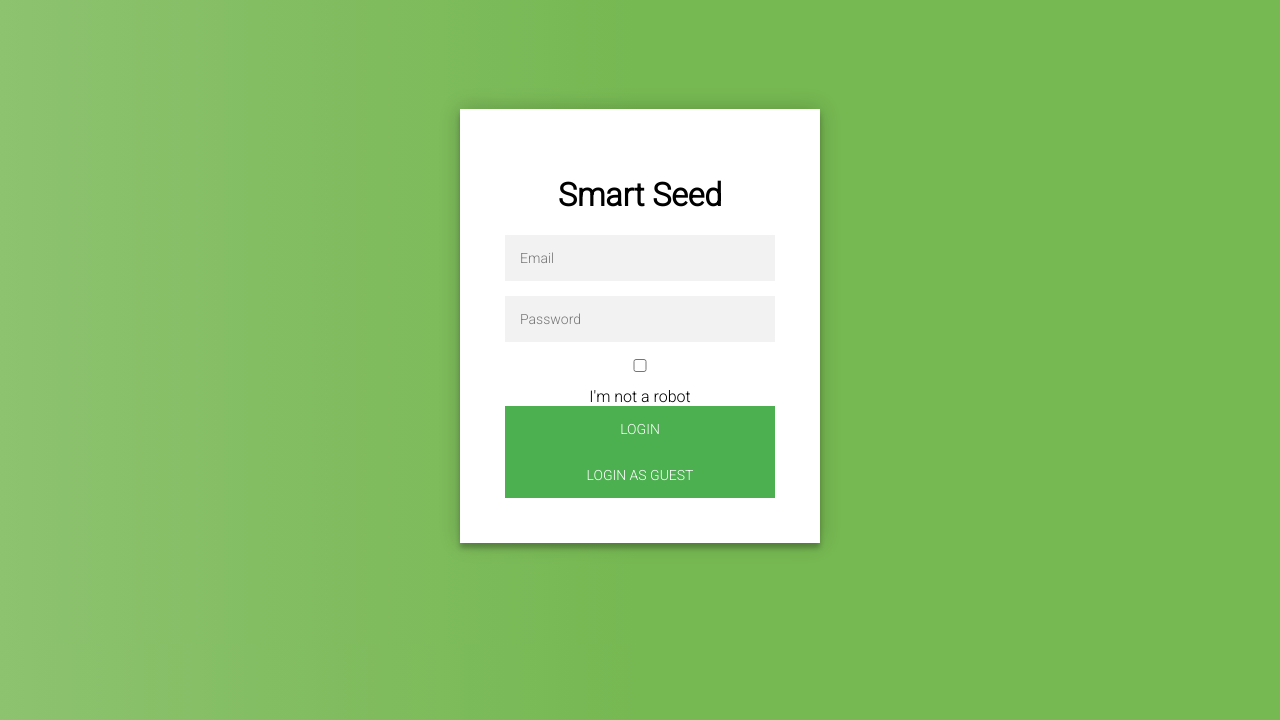
Repository: IFoundGeorge/Smart-Seed-v8-master
Page: src/login.html
An editor plug-in stored every save of this project. The page is shown before and after the next save, followed by the edit.
The browser window is 1280 px wide. The pictures show the whole page.

Above is the page before, as saved 2025-03-17 23:42:23.

### src/login.html
<!DOCTYPE html>
<html lang="en">
  <head>
    <meta charset="UTF-8" />
    <meta name="viewport" content="width=device-width, initial-scale=1.0" />
    <title>Login Form with Custom CAPTCHA</title>
    <link rel="stylesheet" href="../css/login.css" />
    <script src="https://cdnjs.cloudflare.com/ajax/libs/js-sha1/0.7.0/sha1.min.js"></script>
  </head>
  <body>
    <div class="login-page">
      <div class="form">
        <h1 class="title">Smart Seed</h1>
        <form class="login-form" onsubmit="loginUser(event)">
          <input type="email" id="login-email" placeholder="Email" required />
          <input
            type="password"
            id="login-password"
            placeholder="Password"
            required
          />

          <!-- CAPTCHA Section -->
          <div class="captcha-section">
            <input
              type="checkbox"
              id="captcha-checkbox"
              onclick="showCaptchaModal()"
            />
            <label for="captcha-checkbox">I'm not a robot</label>
          </div>

          <button type="submit" id="login-button" disabled>Login</button>
        </form>

        <!-- Login as Guest Button -->
        <button onclick="loginAsGuest()" class="guest-button">
          Login as Guest
        </button>
      </div>
    </div>

    <!-- CAPTCHA Modal -->
    <div id="captcha-modal" class="modal">
      <div class="modal-content">
        <span class="close" onclick="closeCaptchaModal()">&times;</span>
        <p id="math-problem"></p>
        <input type="text" id="captcha-answer" placeholder="Your answer" />
        <button onclick="verifyCaptcha()">Submit</button>
      </div>
    </div>

    <script src="../../js/login.js"></script>

    <script>
      function loginAsGuest() {
        alert("Logged in as Guest!");
        // You can redirect the guest to a specific page:
        // window.location.href = "guest-dashboard.html";
      }
    </script>
  </body>
</html>

### css/login.css
@import url('https://fonts.googleapis.com/css?family=Roboto:300');

body {
  background: #76b852;
  background: linear-gradient(90deg, rgba(141,194,111,1) 0%, rgba(118,184,82,1) 50%);
  font-family: "Roboto", sans-serif;
  -webkit-font-smoothing: antialiased;
  -moz-osx-font-smoothing: grayscale;
}

.login-page {
  width: 360px;
  padding: 8% 0 0;
  margin: auto;
}

.form {
  position: relative;
  z-index: 1;
  background: #FFFFFF;
  max-width: 360px;
  margin: 0 auto 100px;
  padding: 45px;
  text-align: center;
  box-shadow: 0 0 20px 0 rgba(0, 0, 0, 0.2), 0 5px 5px 0 rgba(0, 0, 0, 0.24);
}

.form input {
  font-family: "Roboto", sans-serif;
  outline: 0;
  background: #f2f2f2;
  width: 100%;
  border: 0;
  margin: 0 0 15px;
  padding: 15px;
  box-sizing: border-box;
  font-size: 14px;
}

.form button {
  font-family: "Roboto", sans-serif;
  text-transform: uppercase;
  outline: 0;
  background: #4CAF50;
  width: 100%;
  border: 0;
  padding: 15px;
  color: #FFFFFF;
  font-size: 14px;
  -webkit-transition: all 0.3 ease;
  transition: all 0.3 ease;
  cursor: pointer;
}

.form button:hover, .form button:active, .form button:focus {
  background: #43A047;
}

.form .message {
  margin: 15px 0 0;
  color: #b3b3b3;
  font-size: 12px;
}

.form .message a {
  color: #4CAF50;
  text-decoration: none;
}

.form .register-form {
  display: none;
}

#captchaCanvas {
    border: 1px solid #ccc;
    margin-right: 10px;
}

#captcha-input {
    margin-bottom: 10px;
}

.captcha-container {
    margin: 15px 0;
    font-size: 1.2em;
}


#captchaText {
    font-family: 'Courier New', monospace;
    font-size: 20px;
    font-weight: bold;
    background-color: #f0f0f0;
    padding: 5px;
    margin-right: 10px;
    user-select: none;
}
/* Add this to your login.css */

.modal {
    display: none;
    position: fixed;
    z-index: 1;
    left: 0;
    top: 0;
    width: 100%;
    height: 100%;
    overflow: auto;
    background-color: rgba(0, 0, 0, 0.4);
}

.modal-content {
    background-color: #fefefe;
    margin: 15% auto;
    padding: 20px;
    border: 1px solid #888;
    width: 80%;
    max-width: 300px;
    text-align: center;
}

.close {
    color: #aaa;
    float: right;
    font-size: 28px;
    font-weight: bold;
}

.close:hover,
.close:focus {
    color: black;
    text-decoration: none;
    cursor: pointer;
}

### js/login.js
// login.js

document.addEventListener('DOMContentLoaded', () => {
    document.querySelectorAll('.message a').forEach(link => {
        link.addEventListener('click', (e) => {
            e.preventDefault();
            document.querySelectorAll('form').forEach(form => {
                form.classList.toggle('hidden');
            });
        });
    });
});

let correctAnswer;

function showCaptchaModal() {
    // Uncheck the checkbox and disable the login button initially
    const captchaCheckbox = document.getElementById('captcha-checkbox');
    captchaCheckbox.checked = false;
    document.getElementById('login-button').disabled = true;

    // Generate a random math problem
    const num1 = Math.floor(Math.random() * 10) + 1;
    const num2 = Math.floor(Math.random() * 10) + 1;
    correctAnswer = num1 + num2;
    document.getElementById('math-problem').innerText = `What is ${num1} + ${num2}?`;

    // Display the modal
    document.getElementById('captcha-modal').style.display = 'block';
}

function closeCaptchaModal() {
    document.getElementById('captcha-modal').style.display = 'none';
}

function verifyCaptcha() {
    const userAnswer = parseInt(document.getElementById('captcha-answer').value, 10);
    if (userAnswer === correctAnswer) {
        alert('CAPTCHA verified successfully!');
        document.getElementById('captcha-checkbox').checked = true;
        document.getElementById('login-button').disabled = false;
        closeCaptchaModal();
    } else {
        alert('Incorrect answer. Please try again.');
        document.getElementById('captcha-answer').value = '';
        showCaptchaModal();
    }
}

function loginUser(event) {
    event.preventDefault();

    // Ensure CAPTCHA is verified
    if (!document.getElementById('captcha-checkbox').checked) {
        alert('Please verify the CAPTCHA.');
        return;
    }

    const email = document.getElementById('login-email').value;
    const password = document.getElementById('login-password').value;

    // Hardcoded credentials
    const hardcodedEmail = 'admin@email.com';
    const hardcodedPasswordHash = '6c7ca345f63f835cb353ff15bd6c5e052ec08e7a';

    // Hash the entered password
    const hashedPassword = sha1(password);

    if (email === hardcodedEmail && hashedPassword === hardcodedPasswordHash) {
        alert('Login successful!');
        window.location.href = 'index.html';
    } else {
        alert('Invalid email or password.');
    }
}

// Close the modal when clicking outside of it
window.onclick = function(event) {
    const modal = document.getElementById('captcha-modal');
    if (event.target === modal) {
        closeCaptchaModal();
    }
}

After the next save:
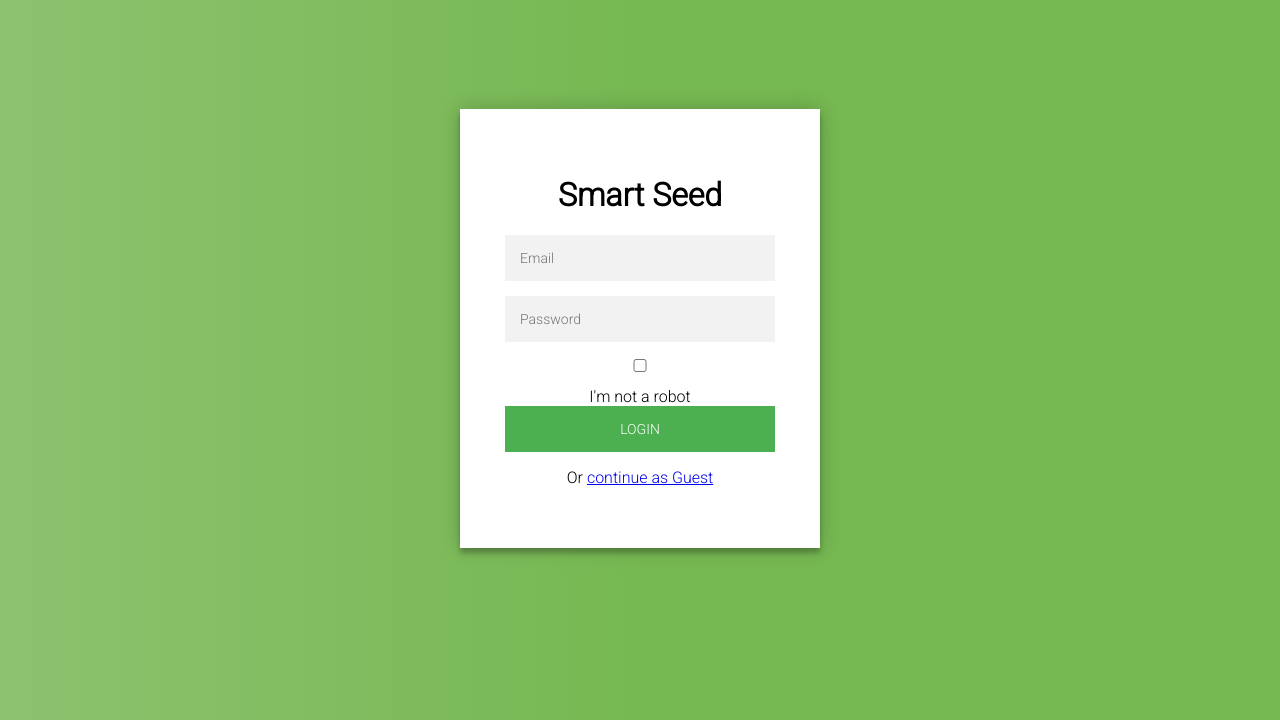
Saved 2 min 5 s later.
--- a/src/login.html
+++ b/src/login.html
@@ -33,10 +33,10 @@
           <button type="submit" id="login-button" disabled>Login</button>
         </form>
 
-        <!-- Login as Guest Button -->
-        <button onclick="loginAsGuest()" class="guest-button">
-          Login as Guest
-        </button>
+        <!-- Clickable Guest Login -->
+        <p class="guest-text">
+          Or <a href="#" onclick="loginAsGuest()">continue as Guest</a>
+        </p>
       </div>
     </div>
 
